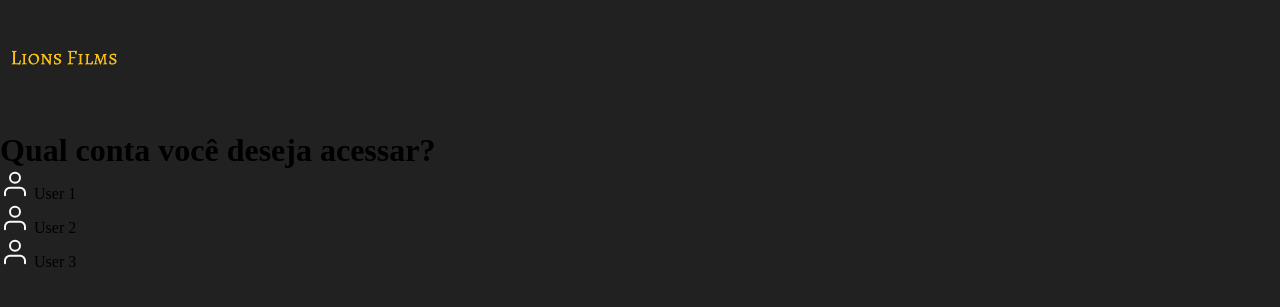
Repository: Leonngc/streaming-project
Page: index.html
The author's editor kept a copy of each file at every save. The page is drawn from the files as they stood at one save, then again after a run of saves.
The browser window is 1280 px wide. The pictures show the whole page.
The style sheet was rebuilt from its Sass, Less or Tailwind sources for each picture, by a compiler version that may differ from the author's.

Above is the page before, as saved 2023-09-01 20:09:35.

After the next 2 saves:
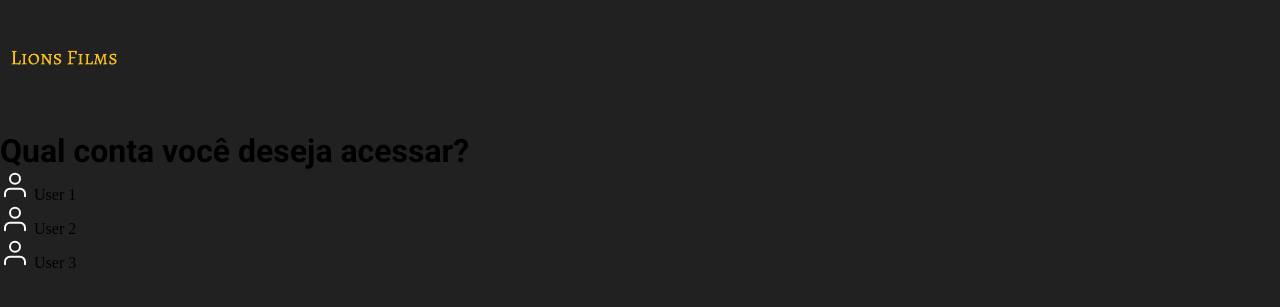
The 2 saves are shown as one change because they came seconds apart.
The last was saved 13 s later.
--- a/index.html
+++ b/index.html
@@ -11,7 +11,7 @@
         <img src="streaming-assets/logo.png" alt="" class="logo small-container">
     </header>
     <main>
-        <h1>Qual conta você deseja acessar?</h1>
+        <h1 class="roboto">Qual conta você deseja acessar?</h1>
         <div class="user-container">
             <div class="users">
                 <img src="streaming-assets/user.svg" alt="">
